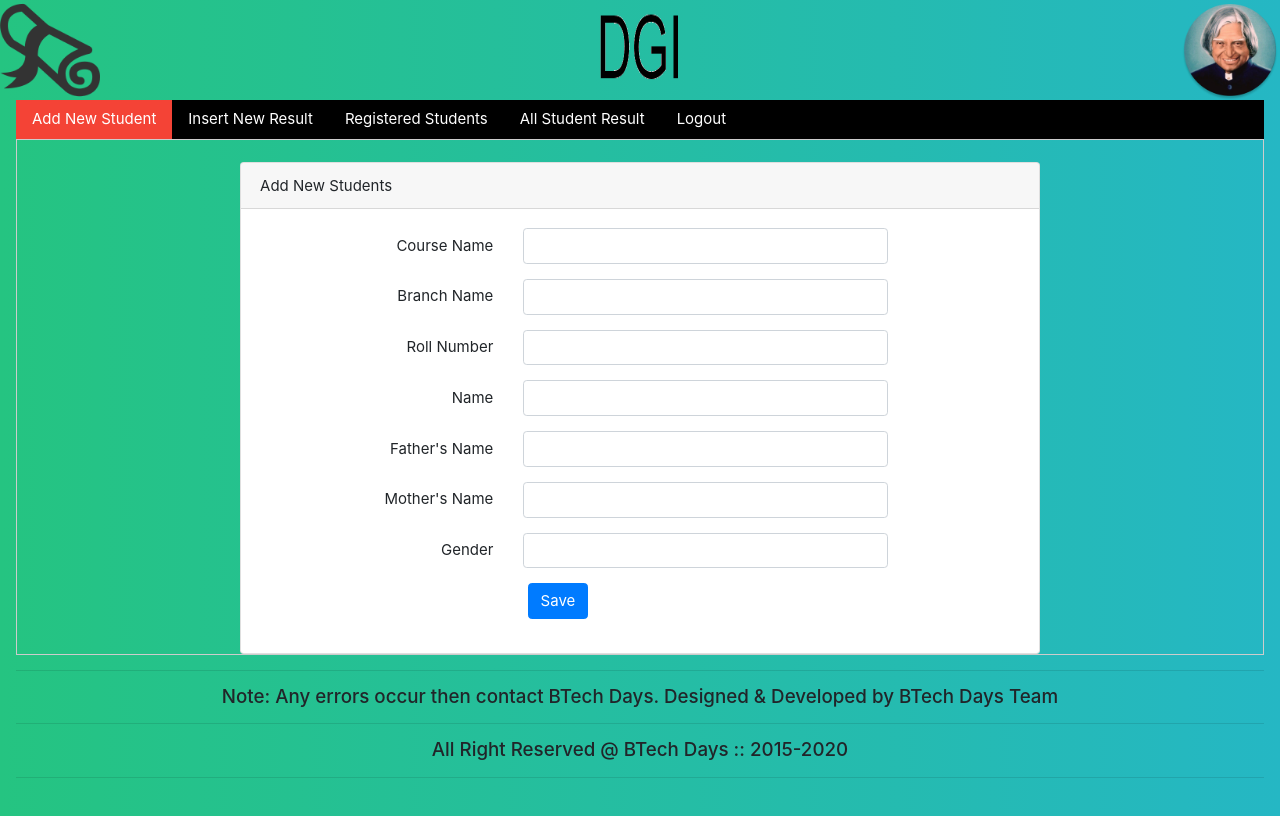
Repository: AlkaDas991/Dbms
Page: http://localhost/Student_Record_Management/adminHome.jsp
These files come from the project's save history. The page is drawn as it stood at one moment and after the next save; the edit follows.
The browser window is 1280 px wide. The pictures show the whole page.
Pictures or frames that could not be fetched are drawn as grey boxes. Some web fonts or font styles are not loaded; a fallback is used. Some web libraries are served in a nearby version. The page is served by Tomcat 9. Queries for data that is not in the repository find no rows.

Above is the page before, as saved 2021-03-12 09:26:17.
Console error: TypeError: Cannot read properties of undefined (reading 'fn')

After the next save:
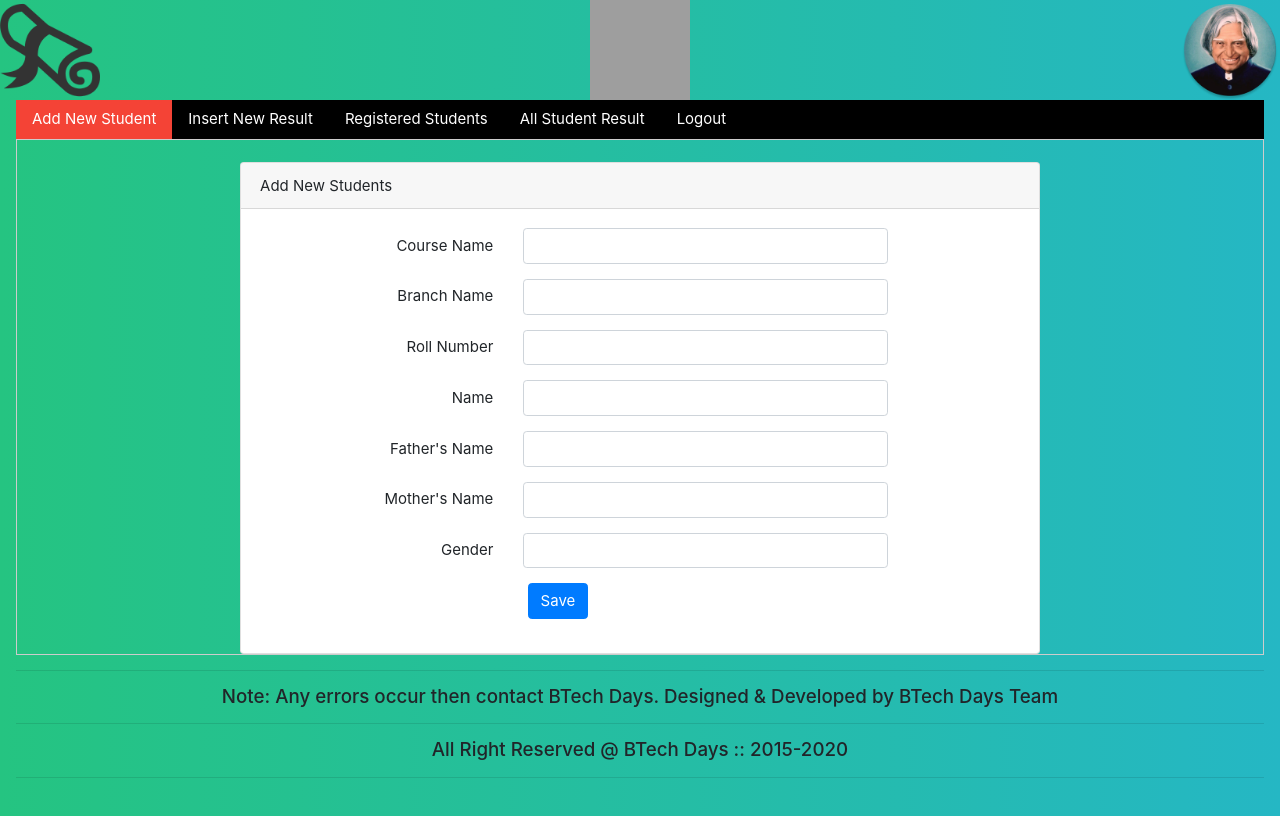
Saved 52 s later.
--- a/Student Record Management/WebContent/adminHome.jsp
+++ b/Student Record Management/WebContent/adminHome.jsp
@@ -4,7 +4,7 @@
 <title>IIIT,BBSR</title>
 <body>
 <img src="logo.png"  align="left"width="100" height="100">
-<center><img src="dgi.png" width="100" height="100" position="absolute";
+<center><img src="ng" width="100" height="100" position="absolute";
   clip = "rect(0px,60px,200px,0px)">
 <img src="apj sir.png" align="right"  width="100" height="100"></center>
 <div class="w3-container">
